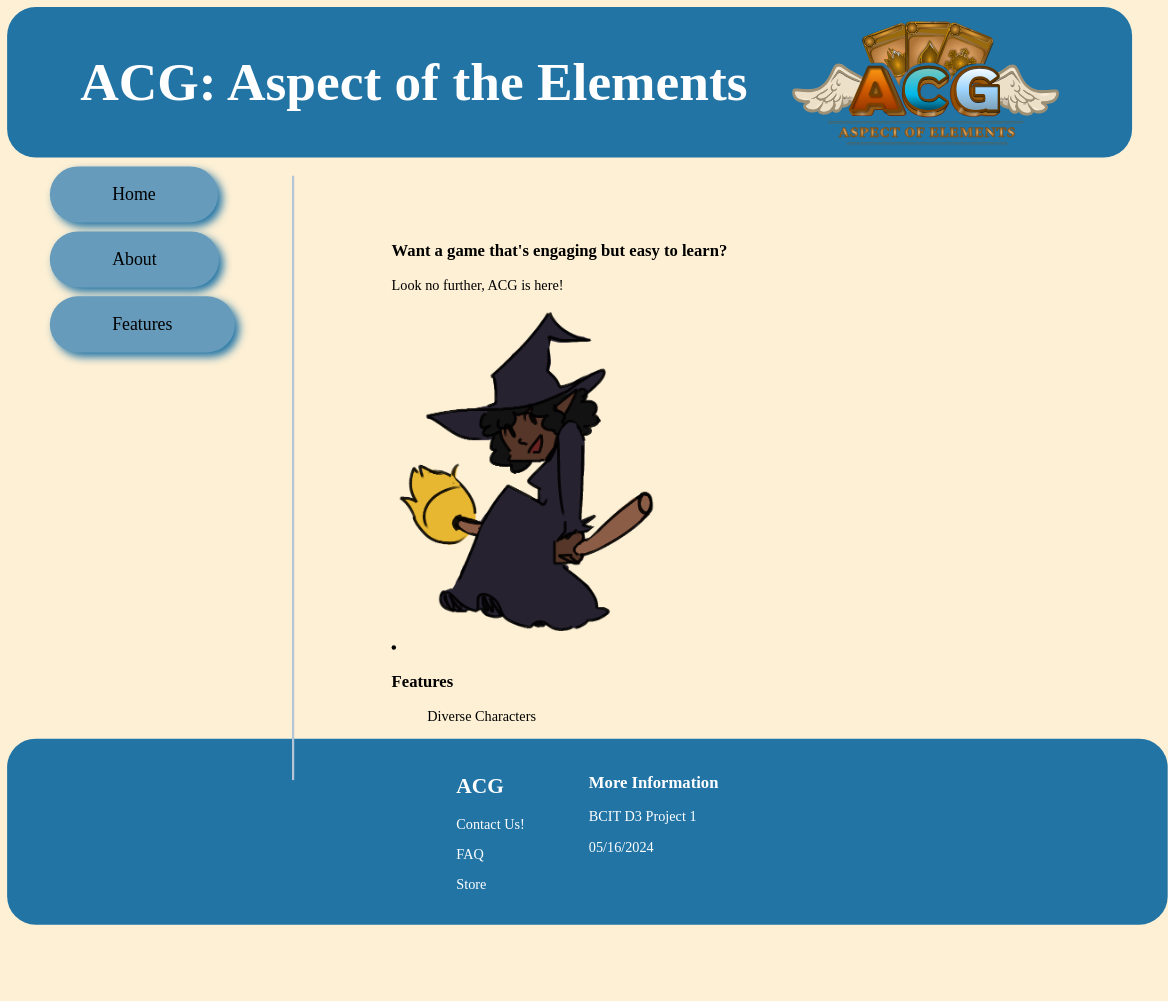
Repository: Delukalgh/ACG
Page: Features.html
The author's editor kept a copy of each file at every save. The page is drawn from the files as they stood at one save, then again after the next save.
The browser window is 1280 px wide. The page is 1312 px wide, so the pictures cover 1312 px, including what lies to the right of the window. The pictures show the whole page, at 89% of full size.

Above is the page before, as saved 2024-05-15 15:35:46.

After the next save:
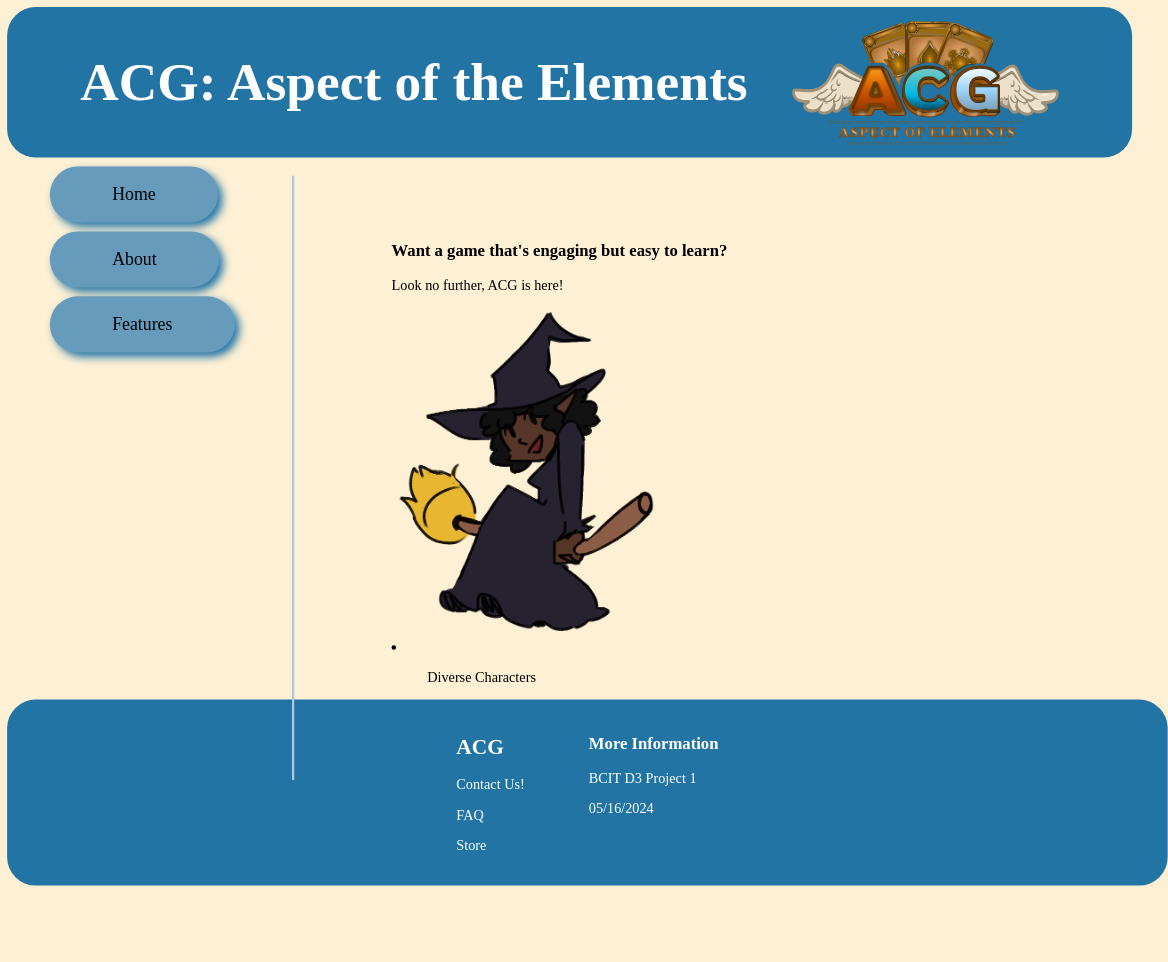
Saved 13 s later.
--- a/Features.html
+++ b/Features.html
@@ -46,7 +46,6 @@
 
 
         <li>
-          <h3>Features</h3>
           <ul>Diverse Characters</ul>
         </li>
       </div>
